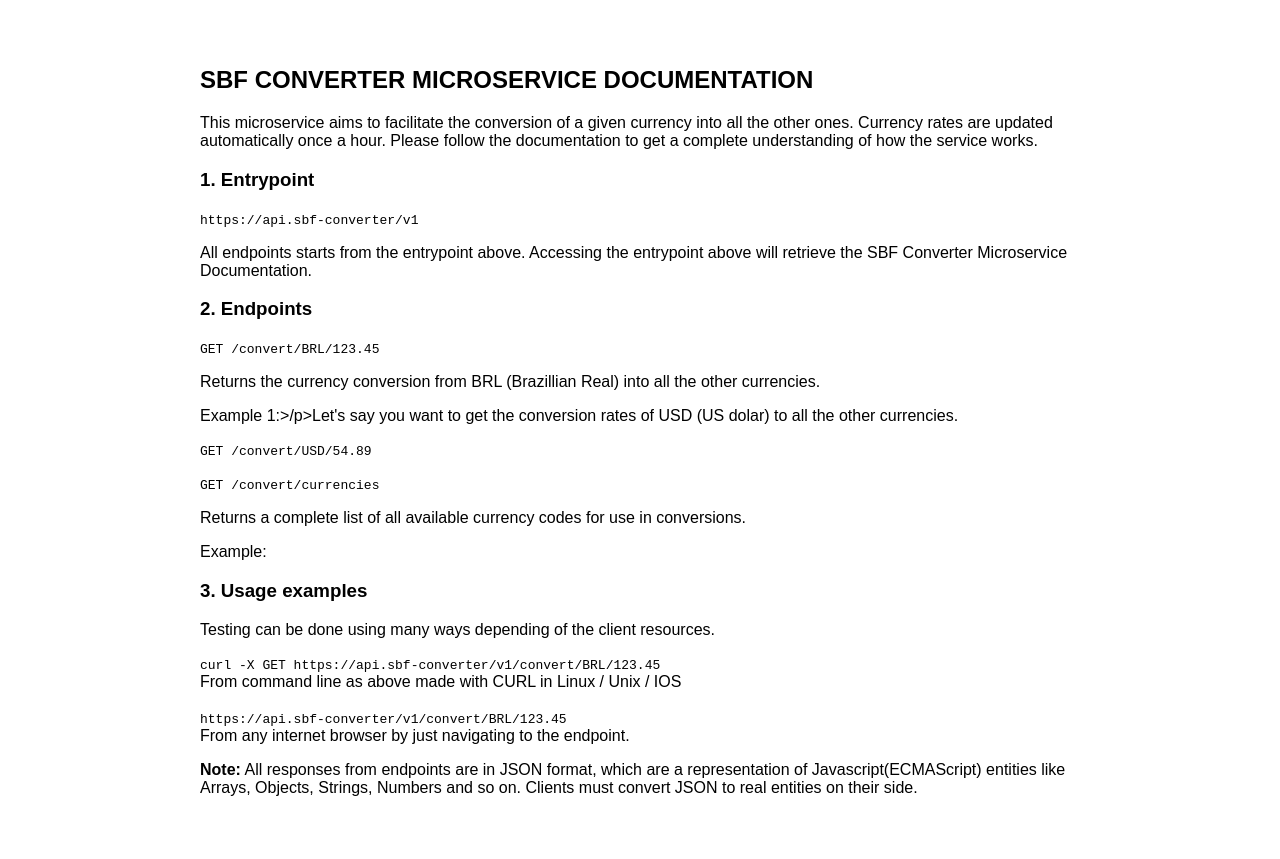
Repository: miguelamello/nestjs-restful-api
Page: documentation.html
The author's editor kept a copy of each file at every save. The page is drawn from the files as they stood at one save, then again after a run of saves.
The browser window is 1280 px wide. The pictures show the whole page.

Above is the page before, as saved 2023-03-21 22:32:47.

### documentation.html
<!DOCTYPE html>
<html lang="en">
<head>
  <meta charset="UTF-8">
  <meta http-equiv="X-UA-Compatible" content="IE=edge">
  <meta name="viewport" content="width=device-width, initial-scale=1.0">
  <title>SBF Converter Documentation</title>
  <style>
    body {
      font-family: Arial, Helvetica, sans-serif;
      padding: 3% 15%;
    }
  </style>
</head>
<body>
  <h2>SBF CONVERTER MICROSERVICE DOCUMENTATION</h2>
  <p>
    This microservice aims to facilitate the conversion of a given currency
    into all the other ones. Currency rates are updated automatically once a hour.
    Please follow the documentation to get a complete understanding of how the service works.
  </p>

  <h3>1. Entrypoint</h3>
  <code>https://api.sbf-converter/v1</code>
  <p>
    All endpoints starts from the entrypoint above. Accessing the entrypoint
    above will retrieve the SBF Converter Microservice Documentation.
  </p>

  <h3>2. Endpoints</h3>
  <p>
    <code>GET /convert/BRL/123.45</code>
    <div>Returns the currency conversion from BRL (Brazillian Real) into all the other currencies.</div>

    <p>Example 1:>/p>Let's say you want to get the conversion rates of USD (US dolar) to all the other currencies.</p>
    <code>GET /convert/USD/54.89</code>
  </p>

  <p>
    <code>GET /convert/currencies</code>
    <div>Returns a complete list of all available currency codes for use in conversions.</div>

    <p>Example:</p>
  </p>

  <h3>3. Usage examples</h3>

  <p>Testing can be done using many ways depending of the client resources.</p>

  <code>curl -X GET https://api.sbf-converter/v1/convert/BRL/123.45</code>
  <div>From command line as above made with CURL in Linux / Unix / IOS</div>
  <br>
  <code>https://api.sbf-converter/v1/convert/BRL/123.45</code>
  <div>From any internet browser by just navigating to the endpoint.</div>

  <p>
    <b>Note:</b> All responses from endpoints are in JSON format, which are a
    representation of Javascript(ECMAScript) entities like Arrays, Objects,
    Strings, Numbers and so on. Clients must convert JSON to real entities
    on their side.
  </p>

</body>
</html>

After the next 2 saves:
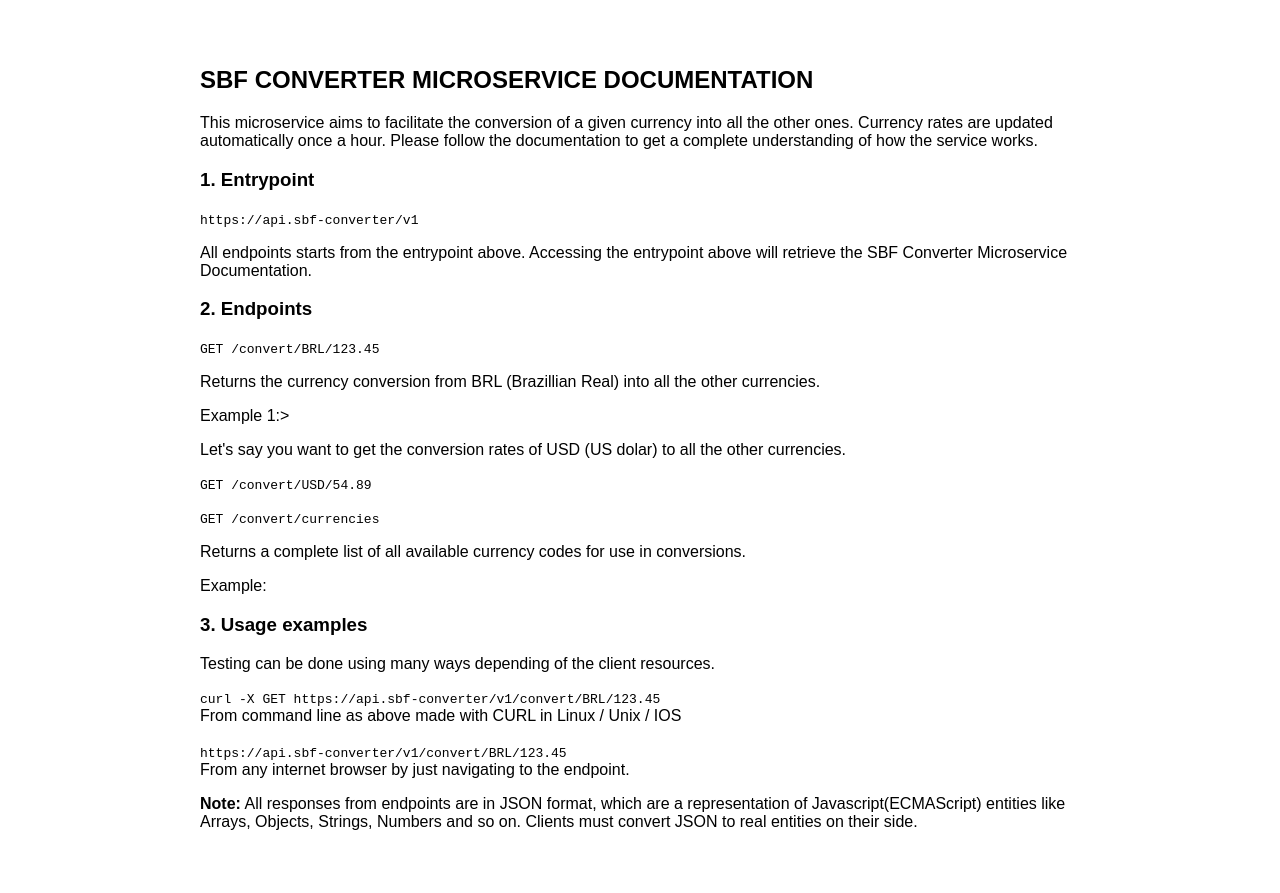
The 2 saves are shown as one change because they came seconds apart.
The last was saved 7 s later.
--- a/documentation.html
+++ b/documentation.html
@@ -32,7 +32,8 @@
     <code>GET /convert/BRL/123.45</code>
     <div>Returns the currency conversion from BRL (Brazillian Real) into all the other currencies.</div>
 
-    <p>Example 1:>/p>Let's say you want to get the conversion rates of USD (US dolar) to all the other currencies.</p>
+    <p>Example 1:></p>
+    Let's say you want to get the conversion rates of USD (US dolar) to all the other currencies.</p>
     <code>GET /convert/USD/54.89</code>
   </p>
 
